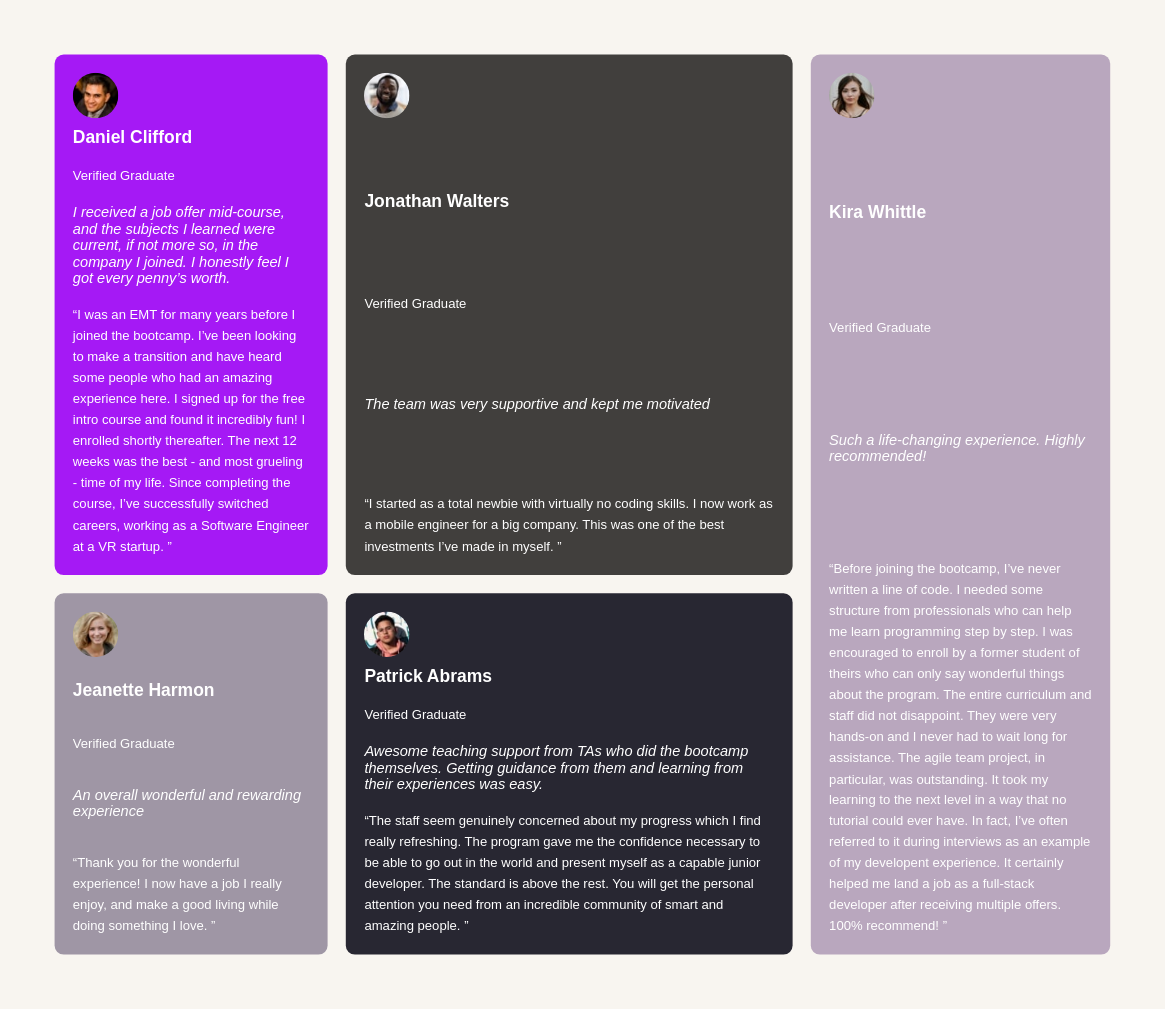
Repository: MagedElRefaey/Grid-Project
Page: Task.html
These files come from the project's save history. The page is drawn as it stood at one moment and after the next save; the edit follows.
The browser window is 1280 px wide. The pictures show the whole page, at 91% of full size.

Above is the page before, as saved 2024-09-13 23:12:45.

### Task.html
<!DOCTYPE html>
<html lang="en">
<head>
    <link rel ="stylesheet" href="./Style.css">
    <meta charset="UTF-8">
    <meta name="viewport" content="width=device-width, initial-scale=1.0">
    <title>Document</title>
</head>
<body>
    <div class="Container">
        <div class="Card David"> <img src = "images/image-daniel.jpg">

            <h3>Daniel Clifford</h3>
            <p>Verified Graduate</p>
            <blockquote>
            I received a job offer mid-course, and the subjects I learned were current, if not more so,
            in the company I joined. I honestly feel I got every penny’s worth.</blockquote>

            <p>“I was an EMT for many years before I joined the bootcamp. I’ve been looking to make a
            transition and have heard some people who had an amazing experience here. I signed up
            for the free intro course and found it incredibly fun! I enrolled shortly thereafter.
            The next 12 weeks was the best - and most grueling - time of my life. Since completing
            the course, I’ve successfully switched careers, working as a Software Engineer at a VR startup. ”</p></div>
        <div class="Card Jonathan"><img src = "images/image-jonathan.jpg">
            <h3>Jonathan Walters</h3>
            <p>Verified Graduate</p>

            <blockquote>The team was very supportive and kept me motivated</blockquote>

            <p>“I started as a total newbie with virtually no coding skills. I now work as a mobile engineer
            for a big company. This was one of the best investments I’ve made in myself. ”</p></div>
        <div class="Card Jeanette"> <img src = "images/image-jeanette.jpg">
            <h3>Jeanette Harmon</h3>
            <p>Verified Graduate</p>

            <blockquote>An overall wonderful and rewarding experience</blockquote>

            <p>“Thank you for the wonderful experience! I now have a job I really enjoy, and make a good living
            while doing something I love. ” </p> </div>

        <div class="Card Patrick"><img src="images/image-patrick.jpg">
            <h3>Patrick Abrams</h3>
            <p>Verified Graduate</p>

            <blockquote>Awesome teaching support from TAs who did the bootcamp themselves. Getting guidance from them and
            learning from their experiences was easy.</blockquote>

            <p>“The staff seem genuinely concerned about my progress which I find really refreshing. The program
            gave me the confidence necessary to be able to go out in the world and present myself as a capable
            junior developer. The standard is above the rest. You will get the personal attention you need from
            an incredible community of smart and amazing people. ”</p>
           </div>
        <div class="Card Kira"><img src="images/image-kira.jpg">
            <h3>Kira Whittle</h3>
            <p>Verified Graduate</p>

            <blockquote>Such a life-changing experience. Highly recommended!</blockquote>

            <p>“Before joining the bootcamp, I’ve never written a line of code. I needed some structure from
            professionals who can help me learn programming step by step. I was encouraged to enroll by a former
            student of theirs who can only say wonderful things about the program. The entire curriculum and staff
            did not disappoint. They were very hands-on and I never had to wait long for assistance. The agile team
            project, in particular, was outstanding. It took my learning to the next level in a way that no tutorial
            could ever have. In fact, I’ve often referred to it during interviews as an example of my developent
            experience. It certainly helped me land a job as a full-stack developer after receiving multiple offers.
            100% recommend! ”</p> </div>
    </div>
</body>
</html>

### Style.css
*{
    margin:0;
    padding: 0;
    box-sizing: border-box;
    font-family: Arial, sans-serif;
}
body{
    background-color: rgb(248, 245, 240);
    padding: 20px;
}
.Container {
    padding: 40px 40px 40px;
    display: grid;
    grid-template-columns: repeat(4,1fr);
    grid-template-columns: auto auto;
    grid-template-areas: "David  Jonathan Jonathan Kira"
                        "Jeanette Patrick Patrick Kira";
    gap: 20px;
}
.Card{
    width: 100%;


    padding: 20px;
    border-radius: 10px;
    color: white;
    display: flex;
    flex-direction: column;
    justify-content: space-between;
    align-items: start;

    gap: 10px;
}
.Card img{
    width: 50px;
    height: 50px;
    border-radius: 50%;
    object-fit: cover;

}
.David{
    grid-area:David;
    /* height: 100%;
    width: 100%;
    border: 3px solid black; */
    /* padding: 20px 0; */
    background-color: #9c00f7e5;
}
.Jonathan{
    grid-area:Jonathan;
    /* height: 100%;
    width: 100%;
    border: 3px solid black; */
    /* padding: 20px 0; */
    background-color: #1d1c1bd5;
}
.Jeanette{
    grid-area:Jeanette;
    /* height: 100%;
    width: 100%;
    border: 3px solid black; */
    /* padding: 20px 0; */
    background-color: #968c9ee5;
}
.Patrick{
    grid-area:Patrick;
    /* height: 100%;
    width: 100%;
    border: 3px solid black; */
    /* padding: 20px 0; */
    background-color: #11101de5;
}
.Kira{
    grid-area:Kira;
    /* height: 100%;
    width: 100%;
    border: 3px solid black; */
    /* padding: 20px 0; */
    background-color: #b39fb9e5;
}
h3{
    margin-bottom: 10px;
    font-size: 1.2rem;
}
p{
    font-size: 0.9rem;
    line-height: 1.6;

}
blockquote {
font-style: italic;
color: white;
margin: 10px 0;
}

@media  (max-width:780px){
    .Container{
        grid-template-columns: repeat(2,1fr);
    }
}

After the next save:
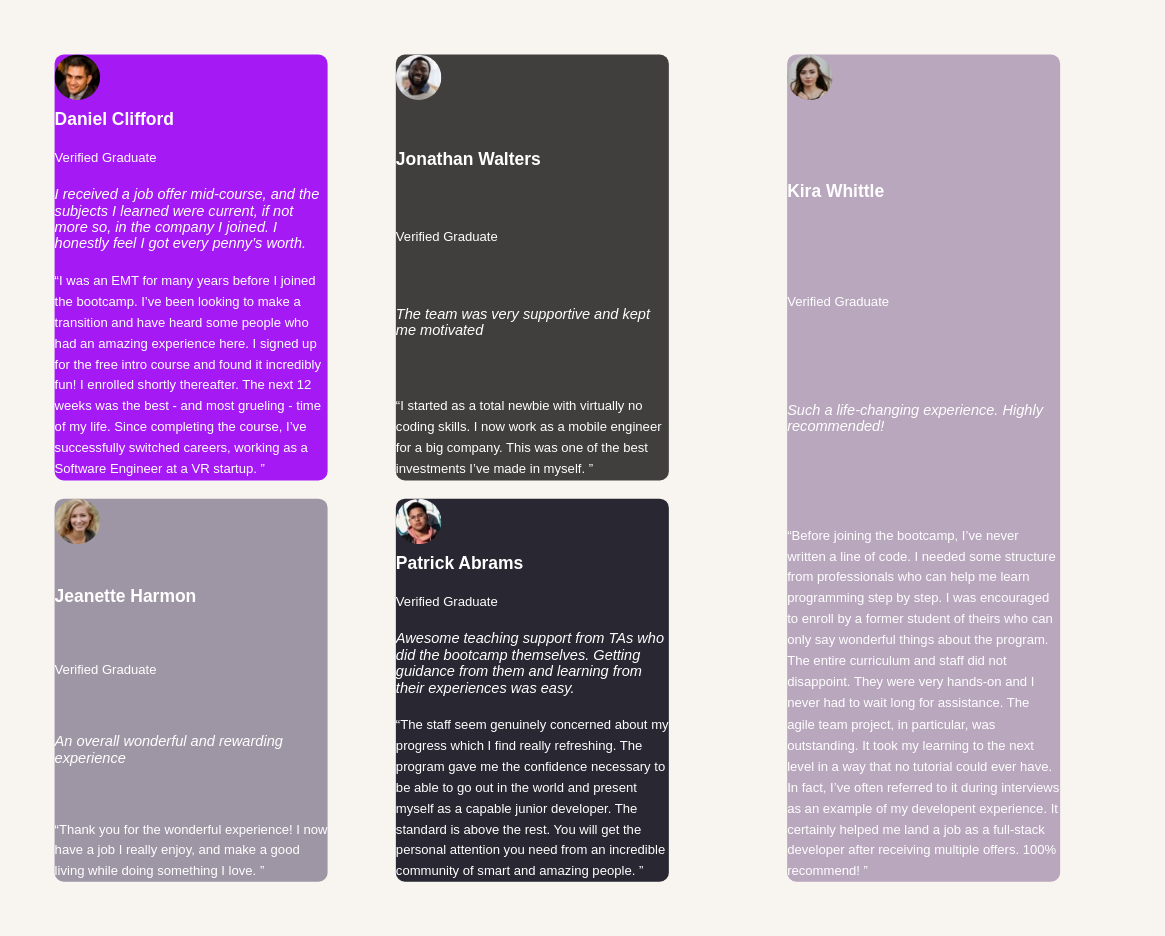
Saved 50 s later.
--- a/Style.css
+++ b/Style.css
@@ -19,7 +19,8 @@ body{
 }
 .Card{
     width: 100%;
-
+    max-width: 300px; /* Example width */
+    min-height: 300px; /
 
     padding: 20px;
     border-radius: 10px;
